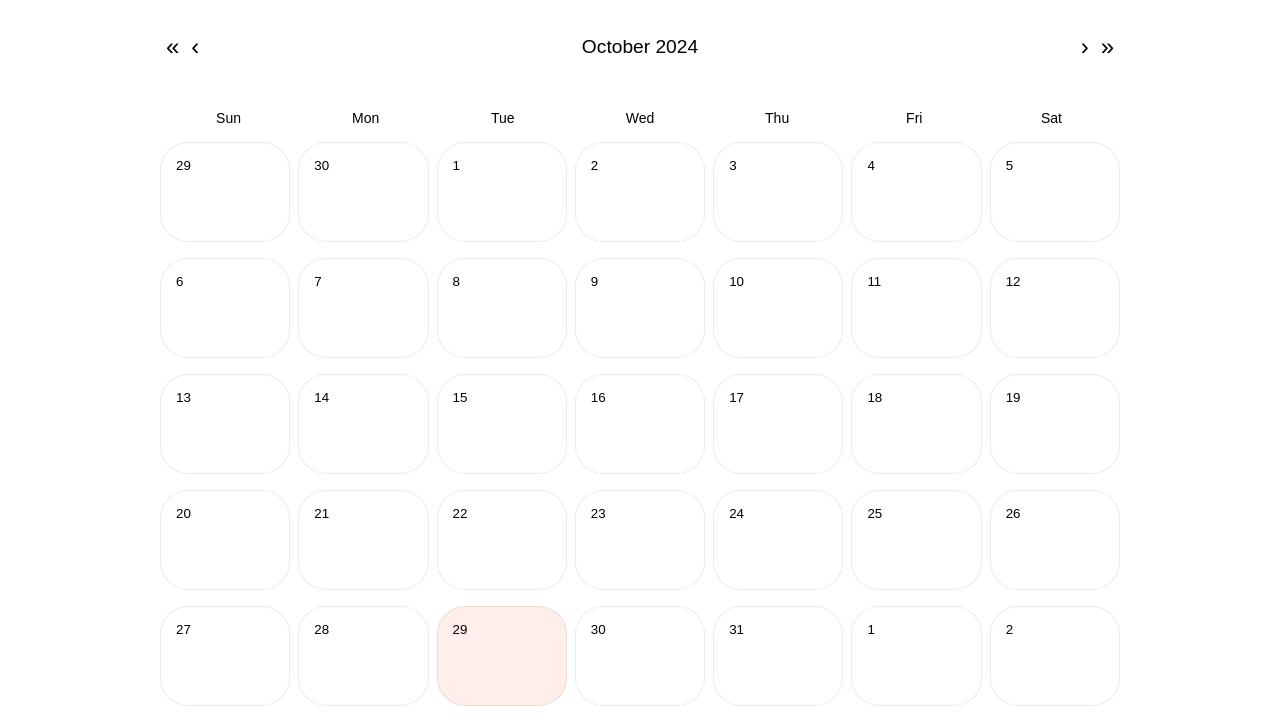
Repository: prgrms-fe-devcourse/NFE1-1-3-MOODI
Page: /
The author's editor kept a copy of each file at every save. The page is drawn from the files as they stood at one save, then again after the next save.
The browser window is 1280 px wide. The pictures show the whole page.
The page's requests for data from a server got no answer. Some web fonts or font styles are not loaded; a fallback is used. The project was rebuilt for these pictures with package versions that can differ from the ones it lists, and the page was loaded fresh each time. No one was signed in, and anything a server would have sent is missing. Also part of the build but not shown: webpack.config.js.

Above is the page before, as saved 2024-10-29 14:41:48.

### public/index.html
<!doctype html>
<html lang="en">
    <head>
        <meta charset="UTF-8" />
        <meta http-equiv="X-UA-Compatible" content="IE=edge" />
        <meta name="viewport" content="width=device-width, initial-scale=1.0" />
        <link
            rel="stylesheet"
            type="text/css"
            href="https://cdn.jsdelivr.net/gh/orioncactus/pretendard/dist/web/static/pretendard.css"
        />
        <title>Webpack without CRA</title>
    </head>
    <body>
        <div id="root"></div>
    </body>
</html>

### src/app/Index.tsx
import React from 'react';
import ReactDOM from 'react-dom/client';
import App from './App';

const rootElement = document.getElementById('root')!;

const root = ReactDOM.createRoot(rootElement);

root.render(
    <React.StrictMode>
        <App />
    </React.StrictMode>
);

### src/app/App.tsx
import React from 'react';
import GlobalStyles from './styles/globalStyles';
import { QueryClient, QueryClientProvider } from '@tanstack/react-query';
import Calendar from '../features/calendar/index';

const queryClient = new QueryClient();

const App: React.FC = () => {
    return (
        <QueryClientProvider client={queryClient}>
            <GlobalStyles />
            <Calendar />
        </QueryClientProvider>
    );
};

export default App;

### src/app/styles/globalStyles.ts
import { createGlobalStyle } from 'styled-components';

const GlobalStyles = createGlobalStyle`

  /* CSS Reset */
  html,
  body,
  div,
  span,
  applet,
  object,
  iframe,
  h1,
  h2,
  h3,
  h4,
  h5,
  h6,
  p,
  blockquote,
  pre,
  a,
  abbr,
  acronym,
  address,
  big,
  cite,
  code,
  del,
  dfn,
  em,
  img,
  ins,
  kbd,
  q,
  s,
  samp,
  small,
  strike,
  strong,
  sub,
  sup,
  tt,
  var,
  b,
  u,
  i,
  center,
  dl,
  dt,
  dd,
  ol,
  ul,
  li,
  fieldset,
  form,
  label,
  legend,
  table,
  caption,
  tbody,
  tfoot,
  thead,
  tr,
  th,
  td,
  article,
  aside,
  canvas,
  details,
  embed,
  figure,
  figcaption,
  footer,
  header,
  hgroup,
  menu,
  nav,
  section {
    margin: 0;
    padding: 0;
    border: 0;
    font-size: 100%;
    font: inherit;
    vertical-align: baseline;
  }
  article,
  aside,
  details,
  figcaption,
  figure,
  footer,
  header,
  hgroup,
  menu,
  nav,
  section {
    display: block;
  }
  *[hidden] {
    display: none;
  }
  body {
    line-height: 1;
    font-family: 'Pretendard', sans-serif;
  }
  ol,
  ul {
    list-style: none;
  }
  blockquote,
  q {
    quotes: none;
  }
  blockquote:before,
  blockquote:after,
  q:before,
  q:after {
    content: '';
    content: none;
  }
  table {
    border-collapse: collapse;
    border-spacing: 0;
  }
  *,
  *::before,
  *::after {
    box-sizing: border-box;
  }
  body {
    margin: 0;
    padding: 0;
    overflow-y: scroll;
  }
  a{
    color: black;
    text-decoration-line: none;
  }
`;

export default GlobalStyles;

### src/features/calendar/index.tsx
import CalendarUi from './calendar-ui/CalendarUi';
import { CalendarWrapper } from './indexCss';

const Calendar = () => {
    return (
        <CalendarWrapper>
            <CalendarUi />
        </CalendarWrapper>
    );
};

export default Calendar;

### src/features/calendar/calendar-ui/CalendarUi.tsx
import { StyledCalendar, DateInnerContent } from './calendarUiCss';
import { Value } from 'react-calendar/dist/cjs/shared/types';
import { useState, useEffect } from 'react';
import moment from 'moment';
import { calendarDataFetch } from '../calendar-logic/calendarDataFetch';
import {
    getActiveMonth,
    handleTileClick
} from '../calendar-logic/calendarLogic';
import { getEmoticonPath } from '../get-emotion-path/getEmotionPath';

const CalendarUi: React.FC = () => {
    const curDate = new Date();
    const [vlu, onChange] = useState(curDate);
    const monthOfActiveDate = moment(vlu).format('YYYY-MM');
    const [activeMonth, setActiveMonth] = useState(monthOfActiveDate);
    const [fetchedData, setFetchedData] = useState<
        { id: number; created_date: string; emotion: string | null }[]
    >([]);
    const weekDays = ['Sun', 'Mon', 'Tue', 'Wed', 'Thu', 'Fri', 'Sat'];

    // fetchedData에 데이터를 저장
    const loadDates = async () => {
        const data = await calendarDataFetch(activeMonth);
        if (data) {
            const dates = data.map(
                (entry: {
                    id: number;
                    created_date: string;
                    emotion: string | null;
                }) => ({
                    id: entry.id,
                    created_date: moment(entry.created_date).format(
                        'YYYY-MM-DD'
                    ),
                    emotion: entry.emotion
                })
            );
            setFetchedData(dates);
        }
    };

    // 일기 여부에 따라 class주어주기
    const getTileClassName = (dateparam: Date): string => {
        const dateString = moment(dateparam).format('YYYY-MM-DD');
        const isCheckedDate = fetchedData.some(
            (entry) => entry.created_date === dateString
        );

        return isCheckedDate ? 'diary-date' : 'nodiary-date';
    };

    // fetchedData에서 아이템마다 id와 emotion 데이터 넣기
    const getTileContent = ({ date }: { date: Date }) => {
        const dateString = moment(date).format('YYYY-MM-DD');
        const matchedEntry = fetchedData.find(
            (entry) => entry.created_date === dateString
        );

        if (matchedEntry && matchedEntry.emotion) {
            return (
                <DateInnerContent
                    data-id={matchedEntry.id}
                    emotion={getEmoticonPath(matchedEntry.emotion)}
                    className="custom-tile-content"
                />
            );
        }
        return null; // 해당 날짜와 일치하는 데이터가 없으면 null 반환
    };

    useEffect(() => {
        loadDates();
    }, [activeMonth]);

    return (
        <StyledCalendar
            onActiveStartDateChange={({ activeStartDate }) =>
                getActiveMonth(activeStartDate, setActiveMonth)
            }
            formatDay={(locale, d) => d.getDate().toString()}
            formatShortWeekday={(locale, d) => weekDays[d.getDay()]}
            tileClassName={({ date }) => getTileClassName(date)}
            onClickDay={(date, event) => handleTileClick(event)}
            tileContent={getTileContent}
        />
    );
};

export default CalendarUi;

### src/features/calendar/indexCss.ts
import styled from 'styled-components';

export const CalendarWrapper = styled.div`
    display: flex;
    justify-content: center;
`;

### src/features/calendar/calendar-ui/calendarUiCss.ts
import Calendar, { CalendarType } from 'react-calendar';
import styled from 'styled-components';

export const StyledCalendar = styled(Calendar).attrs({
    calendarType: 'gregory' as CalendarType
})`
    width: 100%;
    max-width: 960px;
    background-color: rgba(255, 255, 255, 1);
    border: none;
    font-family: 'Pretendard', sans-serif;

    //년월컨테이너
    .react-calendar__navigation {
        display: flex;
        padding: 2rem 0;

        //년월선택ui
        button {
            border: none;
            border-radius: 10px;
            background-color: white;
            outline: none;
            font-size: 1.5rem;
            font-family: 'Pretendard', sans-serif;
            &:hover {
                background-color: rgba(0, 0, 0, 0.05);
                cursor: pointer;
            }
        }

        //년월텍스트
        .react-calendar__navigation__label {
            font-size: 1.2rem;
        }
    }

    //날짜/년월/10년 아이템
    .react-calendar__tile {
        max-width: initial !important;
        padding: 15px;
        height: 100px;
        background-color: white;
        border-radius: 28px;
        border: 1px solid rgba(0, 0, 0, 0.2);
        display: flex;
        flex-direction: column;
        justify-content: space-between;
        &:hover {
            background-color: rgba(0, 0, 0, 0.05);
            cursor: pointer;
        }
    }

    //10년박스
    .react-calendar__century-view__decades {
        display: grid !important;
        grid-template-columns: repeat(4, 1fr);
        column-gap: 0.5rem;
        row-gap: 1rem;
    }

    //년박스
    .react-calendar__decade-view__years {
        display: grid !important;
        grid-template-columns: repeat(4, 1fr);
        column-gap: 0.5rem;
        row-gap: 1rem;
    }

    //월박스
    .react-calendar__year-view__months {
        display: grid !important;
        grid-template-columns: repeat(4, 1fr);
        column-gap: 0.5rem;
        row-gap: 1rem;
    }

    //날짜박스
    .react-calendar__month-view__days {
        display: grid !important;
        grid-template-columns: repeat(7, 1fr);
        column-gap: 0.5rem;
        row-gap: 1rem;

        // 체크된 날짜 스타일
        .diary-date {
            border: 1px solid rgba(0, 0, 0, 0.25);
        }

        // 체크되지 않은 날짜 스타일
        .nodiary-date {
            border: 1px solid rgba(0, 0, 0, 0.08);
        }

        .react-calendar__month-view__days__day--neighboringMonth {
            opacity
        }
    }

    //요일박스
    .react-calendar__month-view__weekdays {
        padding: 1rem 0;
        //요일아이템
        .react-calendar__month-view__weekdays__weekday {
            text-align: center;
            abbr {
                font-size: 14px;
                text-decoration: none;
            }
        }
    }

    //오늘날짜아이템
    .react-calendar__tile--now {
        background-color: #ffeee9;
        border: 1px solid #ff480e;
        color: black;
    }
`;

interface DateInnerContentProps {
    emotion: string | null;
}

export const DateInnerContent = styled.div<DateInnerContentProps>`
    background-image: url(${(props) => props.emotion});
    width: 40px;
    height: 40px;
    background-size: contain;
    background-repeat: no-repeat;
    align-self: flex-end;
`;

### src/features/calendar/calendar-logic/calendarDataFetch.tsx
export const calendarDataFetch = async (activeMonth: string) => {
    const split = activeMonth.split('-');
    try {
        const response = await fetch(
            `https://td3axvf8x7.execute-api.ap-northeast-2.amazonaws.com/moodi/diary?limit=40&user_email=annawa6@naver.com.com&year=${split[0]}&month=${split[1]}`
        );
        if (!response.ok) {
            throw new Error('데이터를 가져오는데 실패했습니다.');
        }
        const data = await response.json();
        return data;
    } catch (error) {
        console.error(error);
        return null;
    }
};

### src/features/calendar/calendar-logic/calendarLogic.tsx
import moment from 'moment';

export const handleTileClick = (event: React.MouseEvent<HTMLButtonElement>) => {
    const target = event.currentTarget.querySelector(
        '.custom-tile-content'
    ) as HTMLElement;
    const id = target?.getAttribute('data-id');

    if (id) {
        alert(`${id}로 이동`);
    } else {
        alert('일기 작성 페이지로 이동.');
    }
};

export const getActiveMonth = (
    activeStartDate: moment.MomentInput,
    setActiveMonth: React.Dispatch<React.SetStateAction<string>>
) => {
    const newActiveMonth = moment(activeStartDate).format('YYYY-MM');
    setActiveMonth(newActiveMonth);
};

### src/features/calendar/get-emotion-path/getEmotionPath.ts
export const getEmoticonPath = (emotion: string) => {
    const emotionMap: Record<string, string> = {
        기뻐요: 'emoji_excited',
        '자신 있어요': 'emoji_confident',
        감사해요: 'emoji_grateful',
        편안해요: 'emoji_comfortable',
        신이나요: 'emoji_excited',
        즐거워요: 'emoji_fun',
        만족스러워요: 'emoji_satisfied',
        사랑스러워요: 'emoji_lovely',
        모르겠어요: 'emoji_not_sure',
        부끄러워요: 'emoji_embarrassed',
        놀라워요: 'emoji_surprised',
        '아무생각이 없어요': 'emoji_blank',
        슬퍼요: 'emoji_sad',
        우울해요: 'emoji_depressed',
        실망스러워요: 'emoji_disappointed',
        후회돼요: 'emoji_regret',
        짜증나요: 'emoji_annoyed',
        화나요: 'emoji_angry',
        외로워요: 'emoji_lonely',
        충격받았어요: 'emoji_shocked',
        곤란해요: 'emoji_awkward'
    };

    const svgName = emotionMap[emotion];
    if (!svgName) {
        return null; // 매칭되는 감정이 없을 경우
    }

    return `emoji/${svgName}.svg`;
};

After the next save:
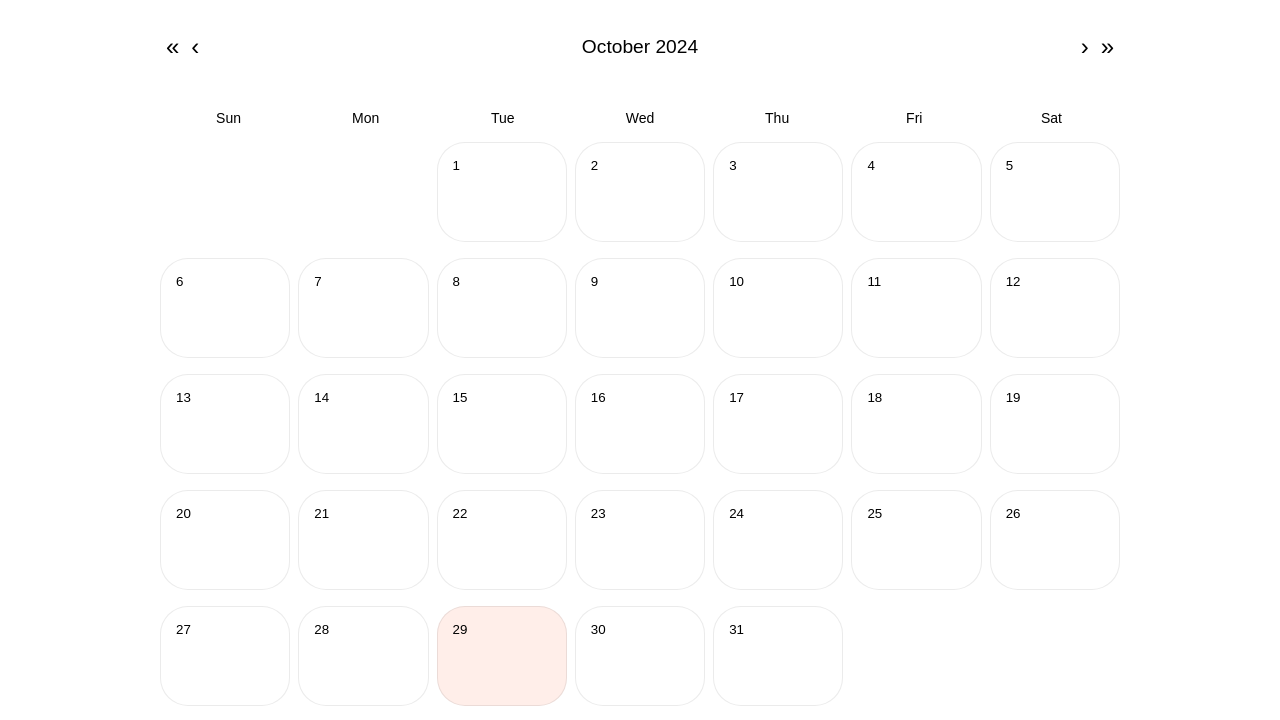
Saved 5 s later.
--- a/src/features/calendar/calendar-ui/calendarUiCss.ts
+++ b/src/features/calendar/calendar-ui/calendarUiCss.ts
@@ -94,7 +94,7 @@ export const StyledCalendar = styled(Calendar).attrs({
         }
 
         .react-calendar__month-view__days__day--neighboringMonth {
-            opacity
+            opacity: 0;
         }
     }
 
